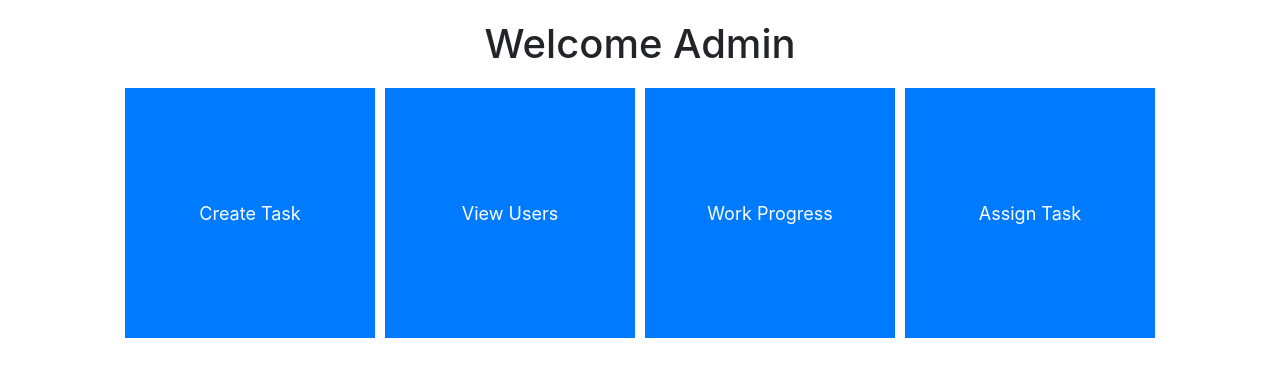
Repository: neha-rouniyar/taskmgmt
Page: http://localhost/admin-dashboard
An editor plug-in stored every save of this project. The page is shown before and after the next save, followed by the edit.
The browser window is 1280 px wide. The pictures show the whole page.
Some web libraries are served in a nearby version. The page is served by the project's Laravel application, run on PHP 8.4 with Laravel 10.

Above is the page before, as saved 2023-12-15 23:56:29.

After the next save:
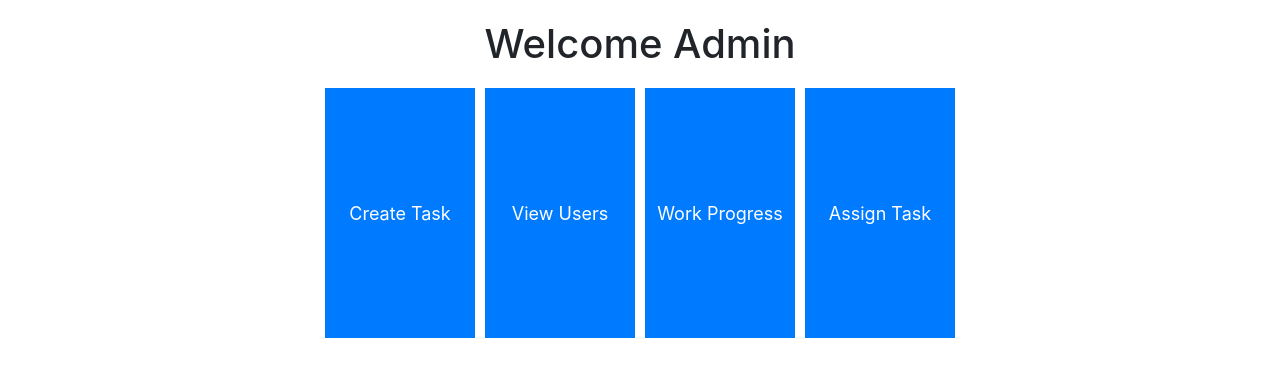
Saved 13 s later.
--- a/resources/views/admin/dashboard.blade.php
+++ b/resources/views/admin/dashboard.blade.php
@@ -28,7 +28,7 @@
         }
 
         .btn {
-            width: 250px;
+            width: 150px;
             height: 250px;
             border: 1px solid #007bff;
             background-color: #007bff;
